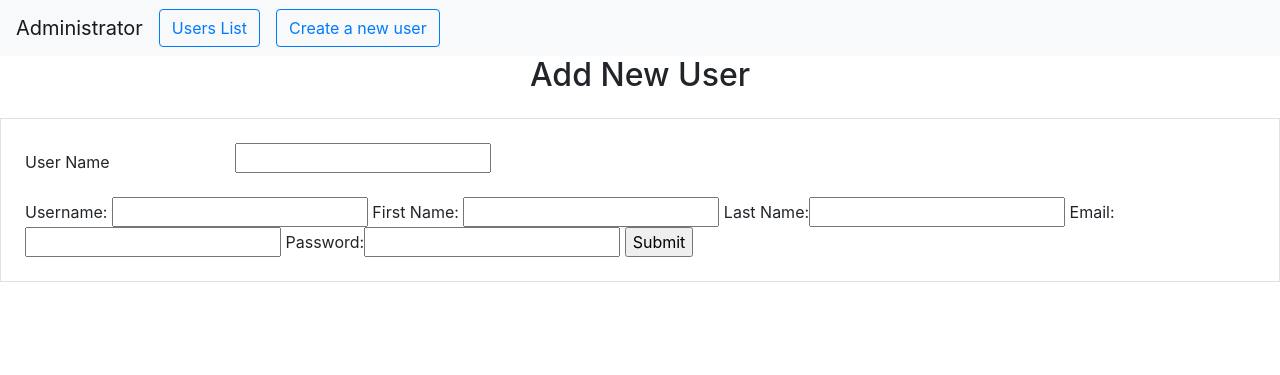
Repository: Dimitris-Kaler/Keycloak-Admin-Web-Interface
Page: http://localhost/rest-api/src/webapp/createUser.jsp
An editor plug-in stored every save of this project. The page is shown before and after the next save, followed by the edit.
The browser window is 1280 px wide. The pictures show the whole page.
The page is served by Tomcat 9. Other server files are loaded and not shown.

Above is the page before, as saved 2023-12-22 18:37:07.

### rest-api/src/webapp/createUser.jsp
<%@ page language="java" contentType="text/html; charset=ISO-8859-1"
    pageEncoding="ISO-8859-1"%>
<!DOCTYPE html>
<html>
<head>
<meta charset="ISO-8859-1">
<title>Insert title here</title>
<link rel="stylesheet" href="https://maxcdn.bootstrapcdn.com/bootstrap/4.0.0/css/bootstrap.min.css" integrity="sha384-Gn5384xqQ1aoWXA+058RXPxPg6fy4IWvTNh0E263XmFcJlSAwiGgFAW/dAiS6JXm" crossorigin="anonymous">
</head>
<body>
	   <nav class="navbar navbar-expand-lg navbar-light bg-light">
        <a class="navbar-brand" href="#">Administrator</a>
        <button class="navbar-toggler" type="button" data-toggle="collapse" data-target="#navbarNav"
            aria-controls="navbarNav" aria-expanded="false" aria-label="Toggle navigation">
            <span class="navbar-toggler-icon"></span>
        </button>
        <div class="collapse navbar-collapse" id="navbarNav">
            <ul class="navbar-nav">
                <li class="nav-item active">
                    <form class="form-inline my-2 my-lg-0" action="userRepository" method="GET">
                        <button class="btn btn-outline-primary my-2 my-sm-0" type="submit">Users List</button>
                    </form>
                </li>
                <li class="nav-item">
                    <form class="form-inline my-2 my-lg-0 mx-3" action="createUser" method="GET">
                        <button class="btn btn-outline-primary my-2 my-sm-0" type="submit">Create a new user</button>
                    </form>
                </li>
            </ul>
        </div>
    </nav>
<h2 class="text-center mb-4">Add New User</h2>
<form class="border p-4 form"action="addUser"method="POST" >
<div class="form-group row">
			<label for="Username" class="col-sm-2 col-form-label">User
				Name</label>
			<div class="col-sm-10">
				<input type="text" name="Username">
			</div>
		</div>
Username: <input type="text" name="Username">
First Name: <input type="text" name="firstName">
Last Name:<input type="text"name="lastName">
Email: <input type="email"name="email">
Password:<input type="password" name="password">
<input type="submit"name="submit">


</form>

</body>
</html>

After the next save:
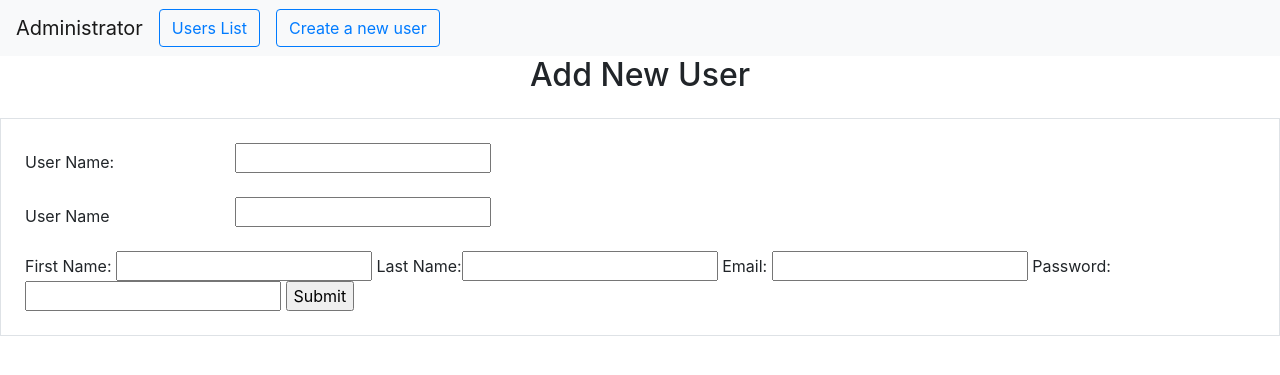
Saved 52 s later.
--- a/rest-api/src/webapp/createUser.jsp
+++ b/rest-api/src/webapp/createUser.jsp
@@ -33,12 +33,18 @@
 <form class="border p-4 form"action="addUser"method="POST" >
 <div class="form-group row">
 			<label for="Username" class="col-sm-2 col-form-label">User
-				Name</label>
+				Name:</label>
 			<div class="col-sm-10">
 				<input type="text" name="Username">
 			</div>
 		</div>
-Username: <input type="text" name="Username">
+<div class="form-group row">
+			<label for="firstName" class="col-sm-2 col-form-label">User
+				Name</label>
+			<div class="col-sm-10">
+				<input type="text" name="firstName" ">
+			</div>
+		</div>
 First Name: <input type="text" name="firstName">
 Last Name:<input type="text"name="lastName">
 Email: <input type="email"name="email">
